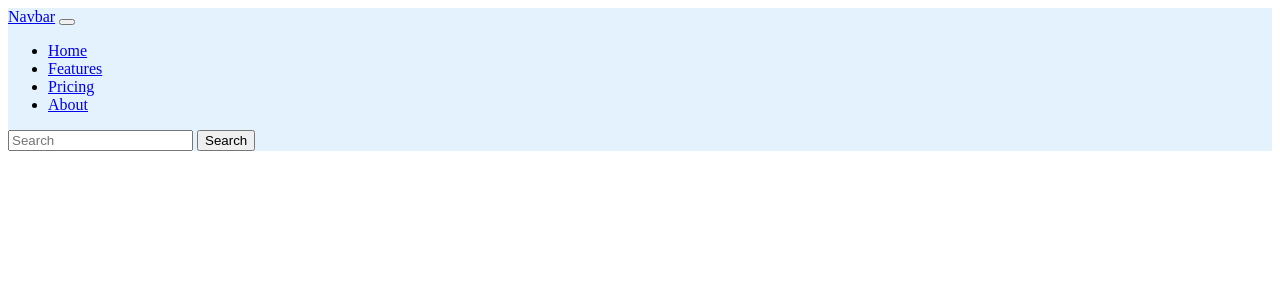
Repository: shariftasrik/My_Internship_Dohatec
Page: Day_5/Guards/Auth_Routes/src/app/components/navbar/navbar.html
The author's editor kept a copy of each file at every save. The page is drawn from the files as they stood at one save, then again after the next save.
The browser window is 1280 px wide. The pictures show the whole page.

Above is the page before, as saved 2025-11-25 13:37:39.

After the next save:
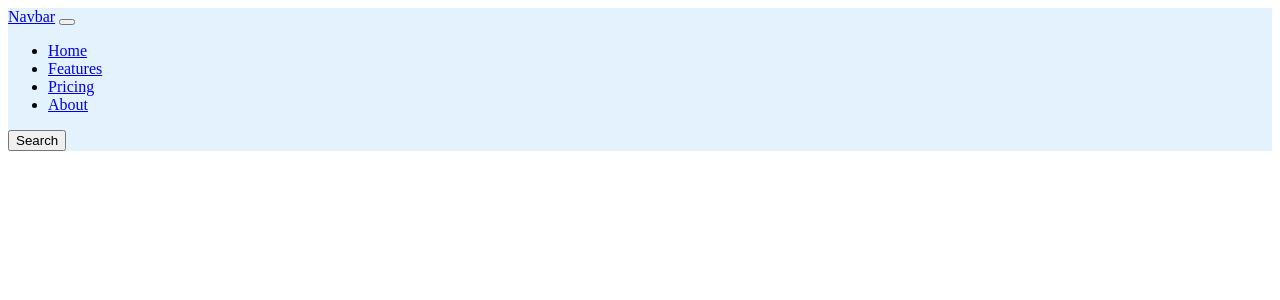
Saved 43 min 54 s later.
--- a/Day_5/Guards/Auth_Routes/src/app/components/navbar/navbar.html
+++ b/Day_5/Guards/Auth_Routes/src/app/components/navbar/navbar.html
@@ -28,7 +28,6 @@
         </li>
       </ul>
       <form class="d-flex" role="search">
-        <input class="form-control me-2" type="search" placeholder="Search" aria-label="Search" />
         <button class="btn btn-outline-primary" type="submit">Search</button>
       </form>
     </div>
